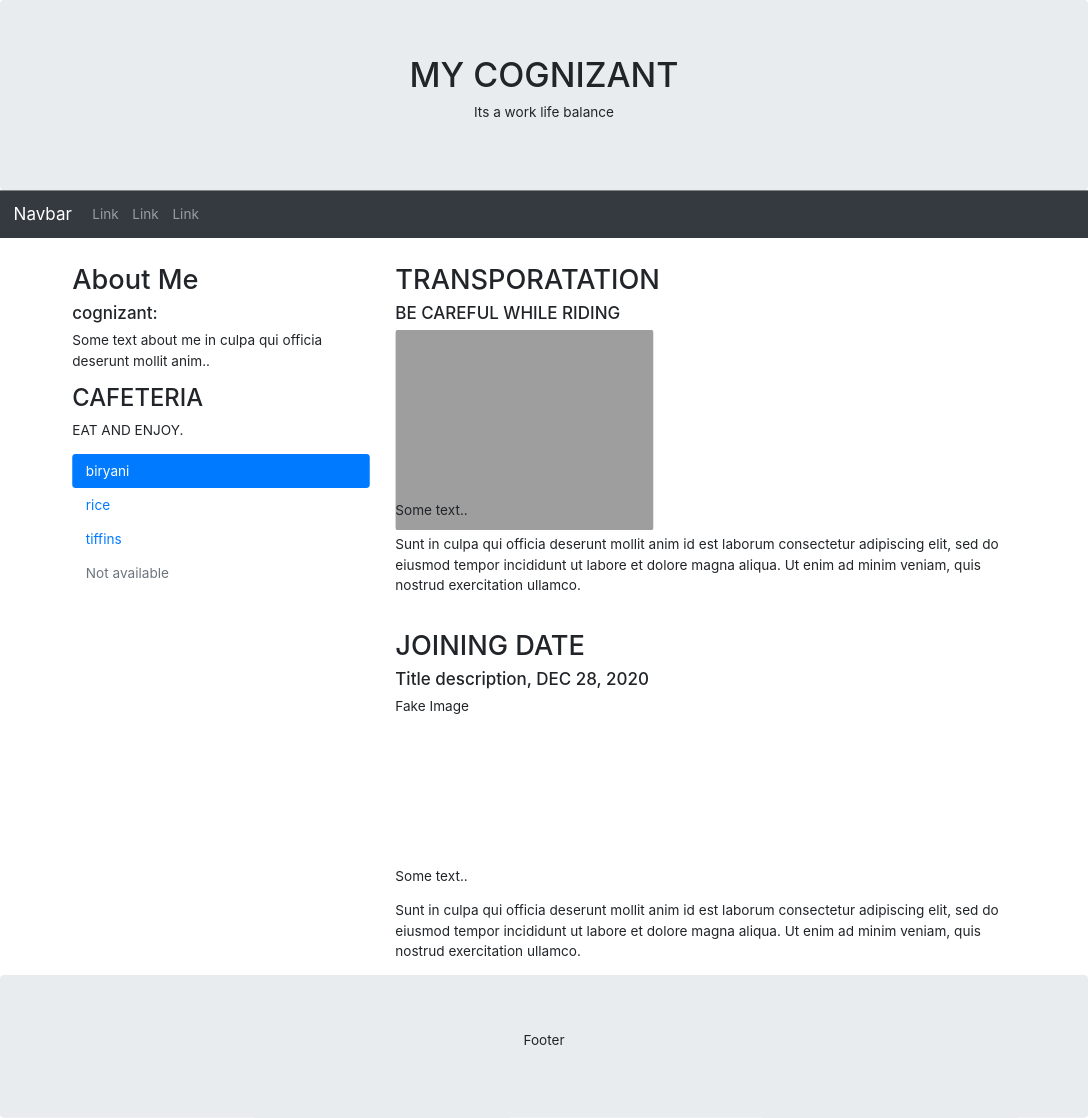
Repository: suvarsha/cognizant-projects
Page: BootStramp1/WebContent/first.html
An editor plug-in stored every save of this project. The page is shown before and after the next save, followed by the edit.
The browser window is 1280 px wide. The pictures show the whole page, at 85% of full size.
Pictures or frames that could not be fetched are drawn as grey boxes.

Above is the page before, as saved 2020-01-18 11:50:18.

After the next save:
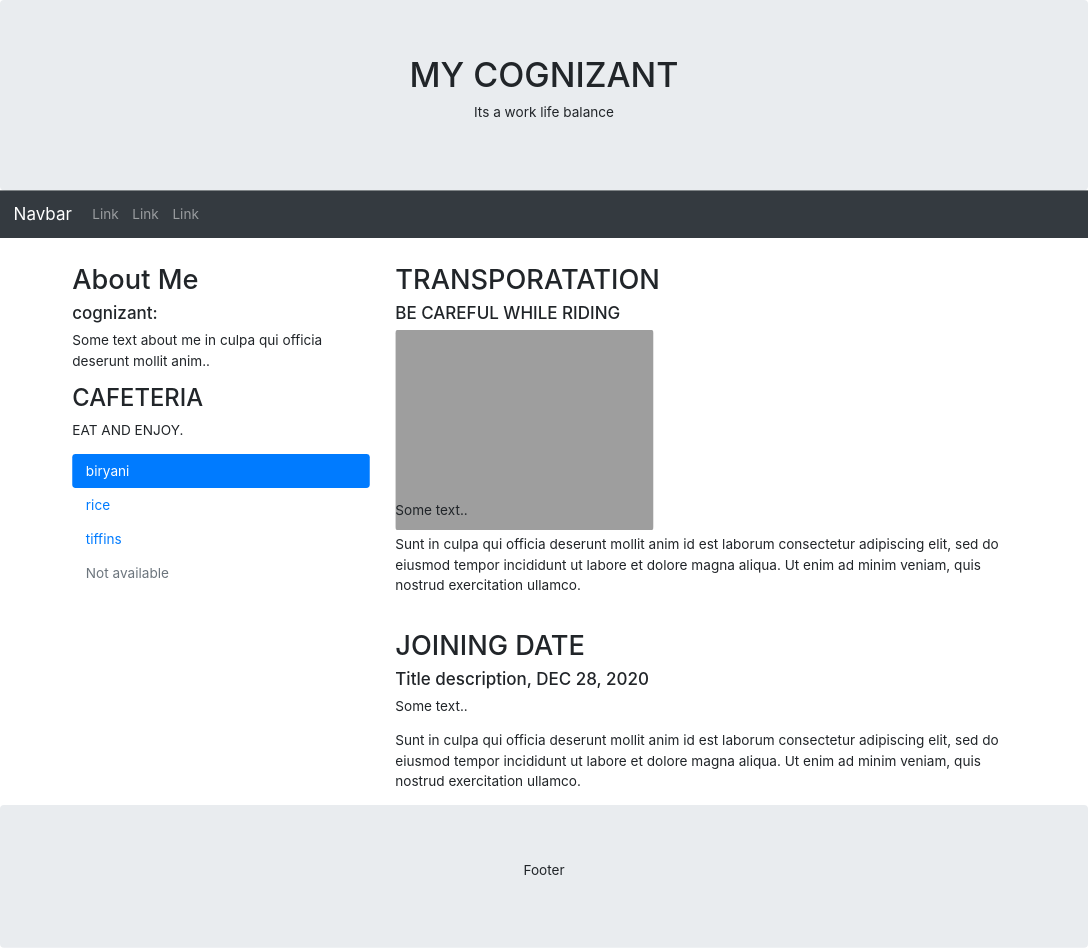
Saved 37 s later.
--- a/BootStramp1/WebContent/first.html
+++ b/BootStramp1/WebContent/first.html
@@ -76,7 +76,6 @@
       <br>
       <h2>JOINING DATE</h2>
       <h5>Title description, DEC 28, 2020</h5>
-      <div class="fakeimg">Fake Image</div>
       <p>Some text..</p>
       <p>Sunt in culpa qui officia deserunt mollit anim id est laborum consectetur adipiscing elit, sed do eiusmod tempor incididunt ut labore et dolore magna aliqua. Ut enim ad minim veniam, quis nostrud exercitation ullamco.</p>
     </div>
